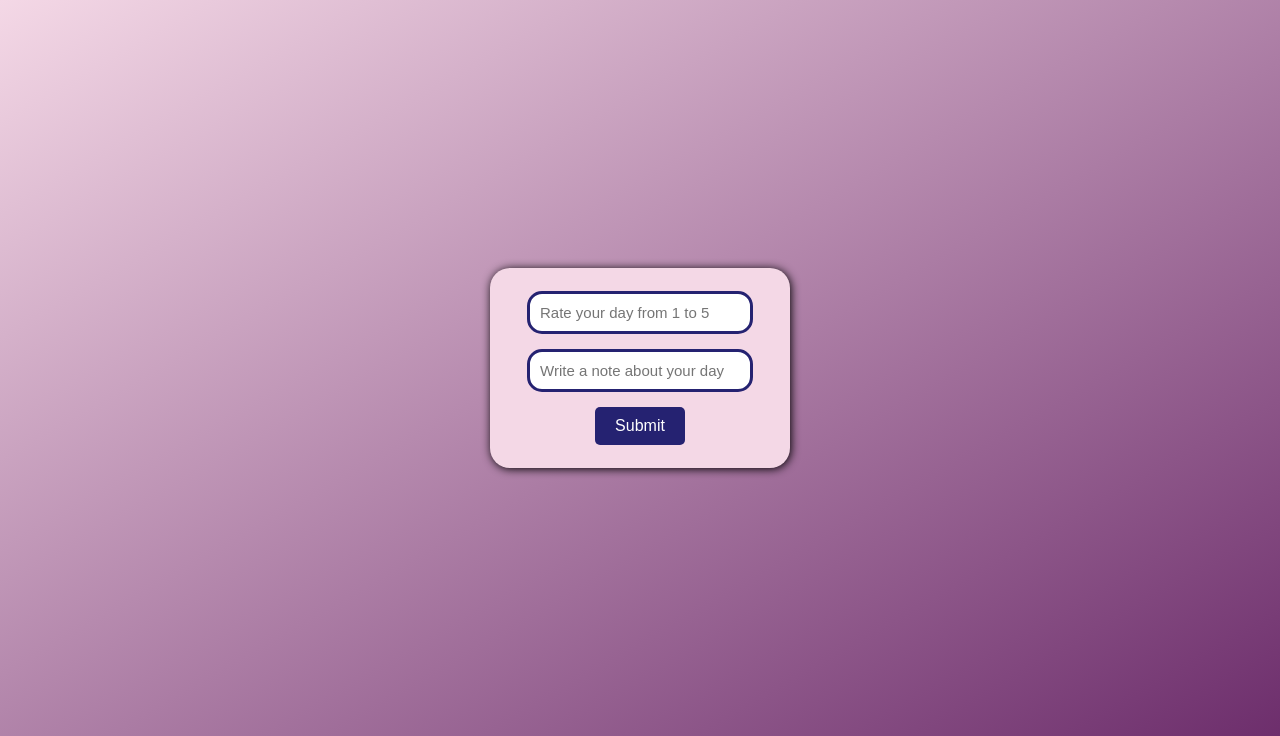
Repository: elenav24/RateMyDay
Page: frontend/index.html
An editor plug-in stored every save of this project. The page is shown before and after the next save, followed by the edit.
The browser window is 1280 px wide. The pictures show the whole page.

Above is the page before, as saved 2025-05-15 01:39:14.

After the next save:
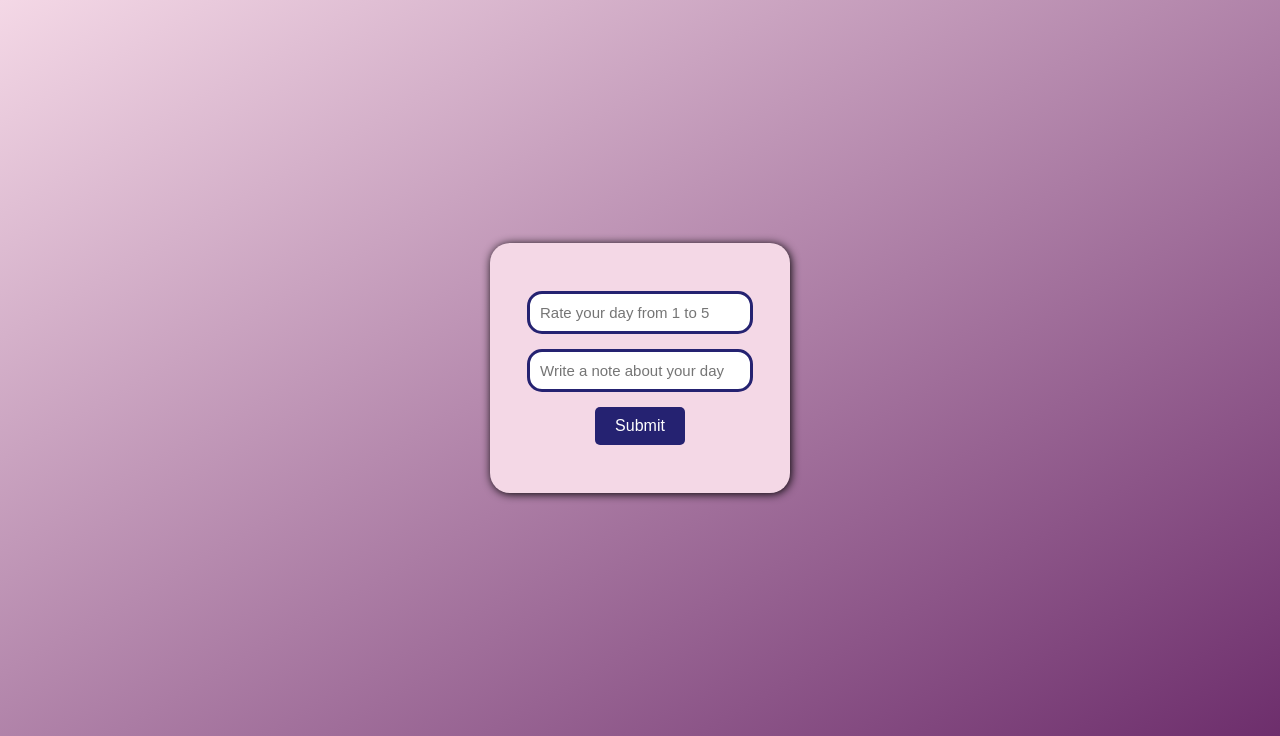
Saved 4 s later.
--- a/frontend/style.css
+++ b/frontend/style.css
@@ -12,7 +12,7 @@ body {
     align-items: center;
     justify-content: center;
     width: 300px;
-    height: 200px;
+    height: 250px;
     box-shadow: 1px 1px 10px #000;
     border-radius: 20px;
     background-color: #f4d8e6;
